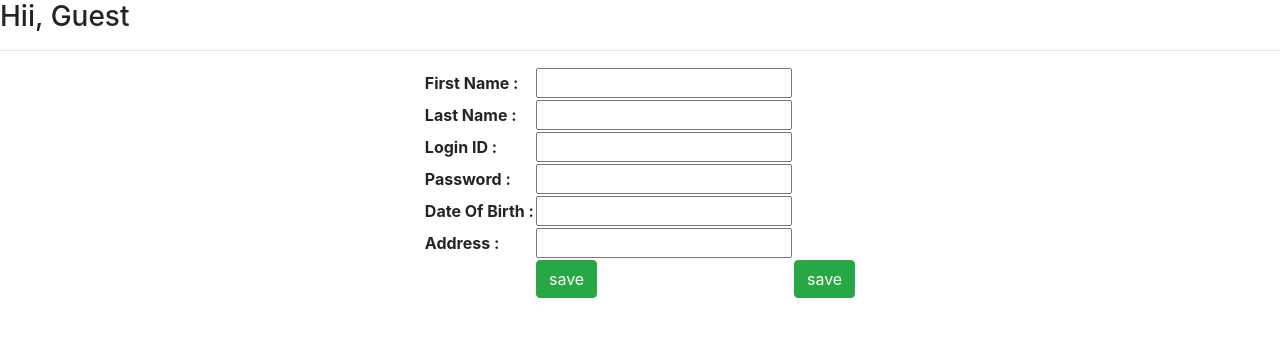
Repository: NikhilKhandait/Spring_MVC
Page: http://localhost/spring-mvc/WEB-INF/pages/UserView.jsp
An editor plug-in stored every save of this project. The page is shown before and after the next save, followed by the edit.
The browser window is 1280 px wide. The pictures show the whole page.
Some web libraries are served in a nearby version. The page is served by Tomcat 9. Nobody is signed in. Other server files are loaded and not shown. The template is opened directly, without the code that normally fills it, so the values that code supplies are empty.

Above is the page before, as saved 2024-05-24 06:39:24.

### New folder/Spring-mvc/spring-mvc/src/main/webapp/WEB-INF/pages/UserView.jsp
<%@ page language="java" contentType="text/html; charset=ISO-8859-1"
	pageEncoding="ISO-8859-1"%>
<%@ page isELIgnored="false"%>
<%@taglib uri="http://java.sun.com/jsp/jstl/core" prefix="c"%>
<%@taglib uri="http://www.springframework.org/tags/form" prefix="sf"%>
<%@taglib uri="http://www.springframework.org/tags" prefix="s"%>
<!DOCTYPE html>
<html>
<head>
<meta charset="ISO-8859-1">
<title>Insert title here</title>
</head>
<body>
	<%@ include file="Header.jsp"%>
	<sf:form method="post" modelAttribute="form">
		<div align="center">

			<c:if test="${form.id>0}">
				<h1 style="color: navy">Update User</h1>
			</c:if>
			<c:if test="${form.id==0}">
				<h1 style="color: navy">Add User</h1>
			</c:if>
			<table>
				<tr>
					<th align="left">First Name :</th>
					<td><sf:input path="firstName" /></td>
				</tr>
				<tr>
					<th align="left">Last Name :</th>
					<td><sf:input path="lastName" /></td>
				</tr>
				<tr>
					<th align="left">Login ID :</th>
					<td><sf:input path="login" /></td>
				</tr>
				<tr>
					<th align="left">Password :</th>
					<td><sf:input path="password" /></td>
				</tr>
				<tr>
					<th align="left">Date Of Birth :</th>
					<td><sf:input path="dob" /></td>
				</tr>
				<tr>
					<th align="left">Address :</th>
					<td><sf:input path="address" /></td>
				</tr>
				<tr>
					<th></th>
					<td><input type="submit" name="operation" class="btn btn-success" value="save">
					<td><input type="submit" name="operation" class="btn btn-success" value="save"></td>
					</td>
				</tr>

			</table>
		</div>
	</sf:form>
	<%-- <%@ include file="Footer.jsp"%> --%>
</body>
</html>

### New folder/Spring-mvc/spring-mvc/src/main/webapp/WEB-INF/pages/Header.jsp
<%@ page language="java" contentType="text/html; charset=ISO-8859-1"
	pageEncoding="ISO-8859-1"%>
<%@ page isELIgnored="false"%>
<%@taglib uri="http://java.sun.com/jsp/jstl/core" prefix="c"%>
<%@taglib uri="http://www.springframework.org/tags/form" prefix="sf"%>
<%@taglib uri="http://www.springframework.org/tags" prefix="s"%>
<!DOCTYPE html>
<html>
<head>
<meta charset="ISO-8859-1">
<title>Insert title here</title>
<link rel="stylesheet"
	href="https://use.fontawesome.com/releases/v5.6.3/css/all.css"
	integrity="sha384-UHRtZLI+pbxtHCWp1t77Bi1L4ZtiqrqD80Kn4Z8NTSRyMA2Fd33n5dQ8lWUE00s/"
	crossorigin="anonymous">


<link rel="stylesheet"
	href="https://maxcdn.bootstrapcdn.com/bootstrap/4.4.1/css/bootstrap.min.css">
<script
	src="https://ajax.googleapis.com/ajax/libs/jquery/3.4.1/jquery.min.js"></script>
<script
	src="https://maxcdn.bootstrapcdn.com/bootstrap/4.4.1/js/bootstrap.min.js"></script>
<style type="text/css">
.reg {
	background-image: linear-gradient(to right, #d7d2cc 0%, #304352 100%);
}
</style>

</head>
<body>
<div style="color: black">
	<c:if test="${not empty sessionScope.user}">
		<h3 align="center">
			Hii,

			<c:out value="${sessionScope.user.firstName}"></c:out>
			&ensp;

			   <a href="<c:url value="/User"/>" class="btn btn-info" >Add User</a> | <a
				href="<c:url value="/User/search"/>" class="btn btn-warning">User List</a> | <a
				href="<c:url value="/Login?operation=logout"/>"class="btn btn-danger">Logout</a>
		</h3>
	</c:if>

	</div>
	<c:if test="${empty sessionScope.user}">
		<h3>Hii, Guest</h3>
	</c:if>
	<hr>
</body>
</html>

After the next save:
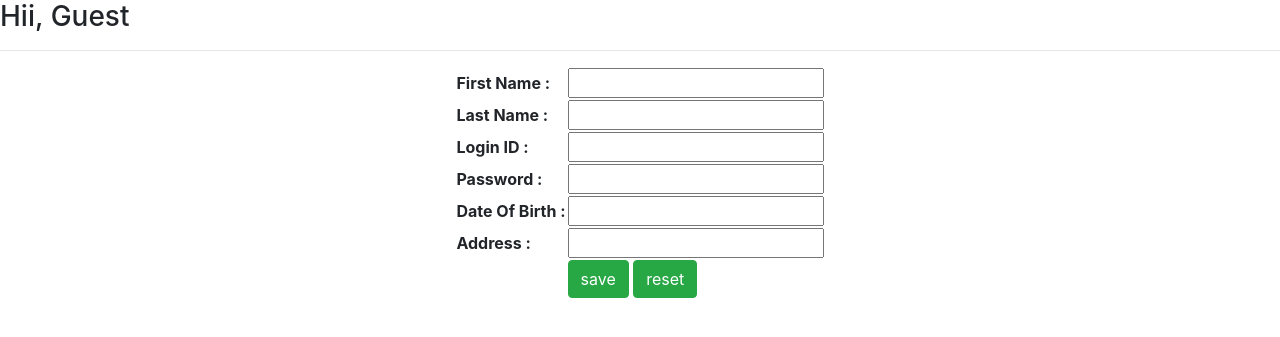
Saved 23 s later.
--- a/New folder/Spring-mvc/spring-mvc/src/main/webapp/WEB-INF/pages/UserView.jsp
+++ b/New folder/Spring-mvc/spring-mvc/src/main/webapp/WEB-INF/pages/UserView.jsp
@@ -49,7 +49,7 @@
 				<tr>
 					<th></th>
 					<td><input type="submit" name="operation" class="btn btn-success" value="save">
-					<td><input type="submit" name="operation" class="btn btn-success" value="save"></td>
+					<input type="submit" name="operation" class="btn btn-success" value="reset">
 					</td>
 				</tr>
 
